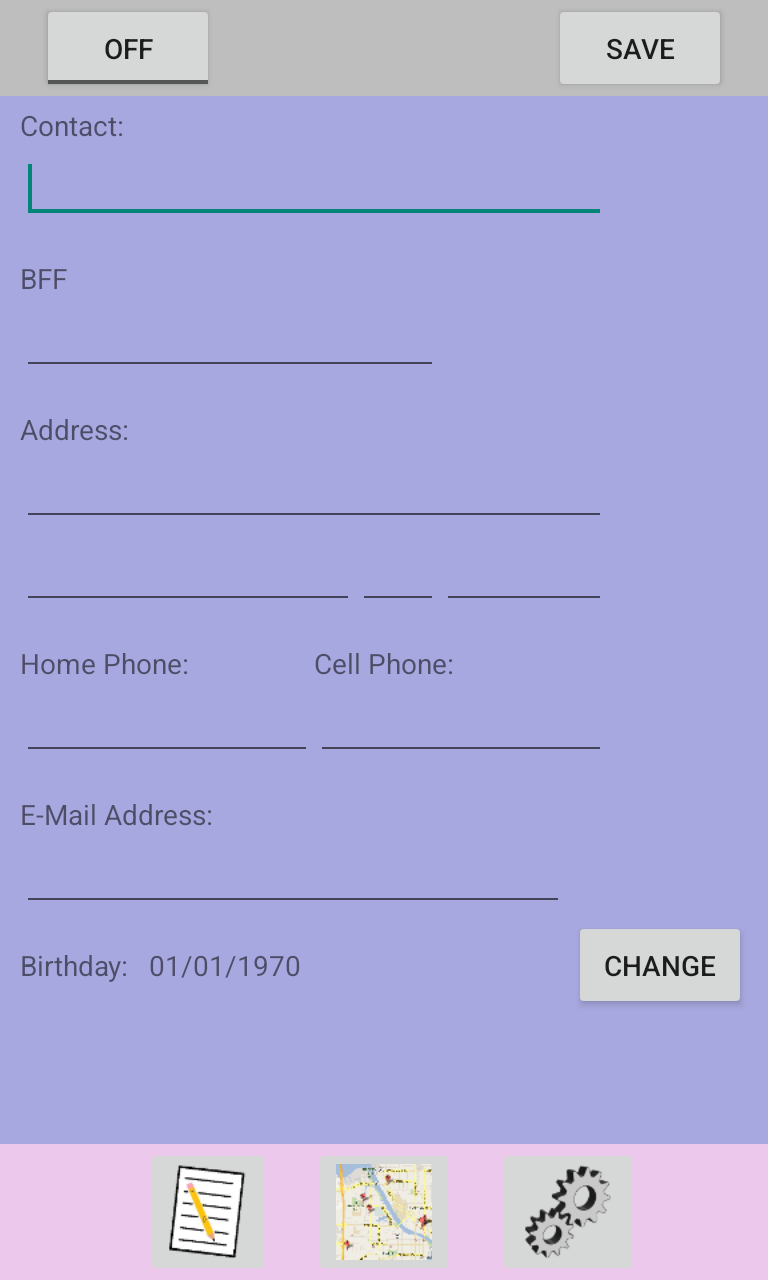
Repository: jcbrons/BronsonExercisesCH5
Layout: MyContactList/res/layout/activity_contact.xml
The author's editor kept a copy of each file at every save. The layout is drawn from the files as they stood at one save, then again after the next save.
It is drawn on a 768 x 1280 px phone screen (xhdpi) without system bars, with theme AppTheme; the app's code is not run.

Above is the layout before, as saved 2014-06-08 21:32:15.

### MyContactList/res/layout/activity_contact.xml
<RelativeLayout xmlns:android="http://schemas.android.com/apk/res/android"
    xmlns:tools="http://schemas.android.com/tools"
    android:layout_width="match_parent"
    android:layout_height="match_parent"
    tools:context=".ContactActivity">


   <LinearLayout
       android:focusable="true"
		android:focusableInTouchMode="true"
		android:layout_width="0px"
		android:layout_height="0px"/>

    <RelativeLayout
        android:id="@+id/navbar"
        android:background="@color/pink_background"
        android:layout_width="fill_parent"
        android:layout_height="wrap_content"
        android:layout_alignParentBottom="true">

        <ImageButton
            android:id="@+id/imageButtonList"
            android:layout_width="wrap_content"
            android:layout_height="wrap_content"
            android:layout_centerVertical="true"
            android:layout_toLeftOf="@+id/imageButtonMap"
            android:layout_marginRight="20dp"
            android:src="@drawable/contactlisticon" />

        <ImageButton
            android:id="@+id/imageButtonMap"
            android:layout_width="wrap_content"
            android:layout_height="wrap_content"
            android:layout_centerVertical="true"
            android:layout_centerHorizontal="true"
            android:layout_toRightOf="@+id/imageButton1"
            android:src="@drawable/mapicon" />

        <ImageButton
            android:id="@+id/imageButtonSettings"
            android:layout_width="wrap_content"
            android:layout_height="wrap_content"
            android:layout_centerVertical="true"
            android:layout_marginLeft="20dp"
            android:layout_toRightOf="@+id/imageButtonMap"
            android:src="@drawable/settingsicon" />

    </RelativeLayout>

    <RelativeLayout
        android:id="@+id/toolbar"
        android:background="@color/toolbar_background"
        android:layout_width="match_parent"
        android:layout_height="wrap_content"
        android:layout_alignParentLeft="true"
        android:layout_alignParentTop="true"
        >

        <ToggleButton
            android:id="@+id/toggleButtonEdit"
            android:layout_width="wrap_content"
            android:layout_height="wrap_content"
            android:layout_alignParentLeft="true"
            android:layout_marginLeft="20dp"
            android:text="ToggleButton" />

        <Button
            android:id="@+id/buttonSave"
            android:layout_width="wrap_content"
            android:layout_height="wrap_content"
            android:layout_alignParentRight="true"
            android:layout_marginRight="20dp"
            android:text="Save" />

    </RelativeLayout>

    <ScrollView
        android:id="@+id/scrollView1"
        android:layout_width="match_parent"
        android:layout_height="wrap_content"
        android:layout_alignParentLeft="true"
        android:layout_below="@+id/toolbar"
        android:layout_above="@+id/navbar"
        android:background="@color/dataEntry_background">

        <RelativeLayout
            android:layout_width="match_parent"
            android:layout_height="match_parent"

           >

            <TextView
                android:id="@+id/textContact"
                android:layout_width="wrap_content"
                android:layout_height="wrap_content"
                android:text="Contact:"
                android:textAppearance="?android:attr/textAppearanceSmall"
                android:layout_alignParentLeft="true"
        		android:layout_alignParentTop="true"
        		android:layout_marginLeft="10dp"
        		android:layout_marginTop="5dp"/>

            <EditText android:id="@+id/editName"
                android:layout_width="wrap_content"
                android:layout_height="wrap_content"
                android:layout_alignParentLeft="true"
                android:layout_marginLeft="10dp"
                android:layout_below="@+id/textContact"
                android:ems="14"
                android:imeOptions="actionNext"
                android:inputType="textCapWords">

                <requestFocus/>
            </EditText>

            <TextView android:id="@+id/textBFF"
                android:layout_width="wrap_content"
                android:layout_height="wrap_content"
                android:layout_alignLeft="@+id/editBFF"
                android:layout_below="@+id/editName"
                android:layout_marginTop="16dp"
                android:text="BFF"
                android:textAppearance="?android:attr/textAppearanceSmall" />

            <TextView
                android:id="@+id/textAddress"
                android:layout_width="wrap_content"
                android:layout_height="wrap_content"
                android:layout_alignParentLeft="true"
                android:layout_below="@+id/editBFF"
        		android:layout_marginLeft="10dp"
        		android:layout_marginTop="15dp"
        		android:text="Address:"
        		android:textAppearance="?android:attr/textAppearanceSmall"/>

            <EditText android:id="@+id/editAddress"
                android:layout_width="wrap_content"
                android:layout_height="wrap_content"
                android:layout_alignParentLeft="true"
                android:layout_marginLeft="10dp"
                android:layout_below="@+id/textAddress"
                android:ems="14"
                android:imeOptions="actionNext"
                android:inputType="textCapWords">
            </EditText>

        <EditText android:id="@+id/editCity"
                android:layout_width="wrap_content"
                android:layout_height="wrap_content"
                android:layout_alignParentLeft="true"
                android:layout_marginLeft="10dp"
                android:layout_below="@+id/editAddress"
                android:ems="8"
                android:imeOptions="actionNext"
                android:nextFocusDown="@+id/editState"
                android:inputType="textCapWords">
            </EditText>

        <EditText android:id="@+id/editState"
                android:layout_width="wrap_content"
                android:layout_height="wrap_content"
                android:ems="2"
                android:layout_toRightOf="@+id/editCity"
                android:layout_alignBottom="@+id/editCity"
                android:maxLength="2"
                android:imeOptions="actionNext"
                android:nextFocusDown="@+id/editZipCode"
                android:inputType="textCapCharacters">
            </EditText>

        <EditText android:id="@+id/editZipcode"
                android:layout_width="wrap_content"
                android:layout_height="wrap_content"
                android:ems="4"
                android:layout_toRightOf="@+id/editState"
                android:layout_alignBottom="@+id/editState"
                android:maxLength="5"
                android:imeOptions="actionNext"
                android:nextFocusDown="@+id/editHome"
                android:inputType="numberSigned">
            </EditText>






        <TextView
                android:id="@+id/textHome"
                android:layout_width="wrap_content"
                android:layout_height="wrap_content"
                android:text="Home Phone:"
                android:layout_alignParentLeft="true"
        		android:layout_marginLeft="10dp"
        		android:layout_marginTop="15dp"
        		android:layout_below="@+id/editCity"
        		/>

            <EditText android:id="@+id/editHome"
                android:layout_width="wrap_content"
                android:layout_height="wrap_content"
                android:layout_alignParentLeft="true"
                android:layout_marginLeft="10dp"
                android:layout_below="@+id/textHome"
                android:ems="7"
                android:maxLength="14"
                android:imeOptions="actionNext"
                android:nextFocusDown="@+id/editCell"
                android:inputType="phone">

            </EditText>

            <TextView
                android:id="@+id/textCell"
                android:layout_width="wrap_content"
                android:layout_height="wrap_content"
                android:text="Cell Phone:"
                android:layout_alignBottom="@+id/textHome"
                android:layout_alignLeft="@+id/editCell"/>

            <EditText android:id="@+id/editCell"
                android:layout_width="wrap_content"
                android:layout_height="wrap_content"
                android:layout_alignBottom="@+id/editHome"
                android:layout_toRightOf="@+id/editHome"
                android:ems="7"
                android:maxLength="14"
                android:imeOptions="actionNext"
                android:nextFocusDown="@+id/editEMail"
                android:inputType="phone">

            </EditText>


            <TextView
                android:id="@+id/textEMail"
                android:layout_width="wrap_content"
                android:layout_height="wrap_content"
                android:text="E-Mail Address:"
                android:layout_alignParentLeft="true"
                android:layout_marginLeft="10dp"
                android:layout_marginTop="15dp"
                android:layout_below="@+id/editHome"
                />

            <EditText android:id="@+id/editEMail"
                android:layout_width="wrap_content"
                android:layout_height="wrap_content"
                android:layout_alignParentLeft="true"
                android:layout_marginLeft="10dp"
                android:layout_below="@+id/textEMail"
                android:ems="13"
                android:inputType="textEmailAddress">

            </EditText>


            <TextView
                android:id="@+id/textBday"
                android:layout_width="wrap_content"
                android:layout_height="wrap_content"
                android:text="Birthday:"
                android:layout_alignParentLeft="true"
                android:layout_marginLeft="10dp"
                android:layout_marginTop="15dp"
                android:layout_below="@+id/editEMail"
                android:paddingBottom="25dp"
                />

            <TextView
                android:id="@+id/textBirthday"
                android:layout_width="wrap_content"
                android:layout_height="wrap_content"
                android:text="01/01/1970"
                android:layout_marginLeft="10dp"
                android:layout_toRightOf="@+id/textBday"
                android:layout_alignBottom="@+id/textBday"
                android:paddingBottom="25dp"
                />

            <Button
                android:id="@+id/btnBirthday"
                android:text="Change"
                android:layout_width="wrap_content"
                android:layout_height="wrap_content"
                android:layout_alignParentRight="true"
                android:layout_marginRight="10dp"
                android:layout_alignBaseline="@+id/textBirthday" />

            <EditText
                android:id="@+id/editBFF"
                android:layout_width="wrap_content"
                android:layout_height="wrap_content"
                android:layout_alignLeft="@+id/textAddress"
                android:layout_below="@+id/textBFF"
                android:ems="10"
                android:inputType="number" />

        </RelativeLayout>
    </ScrollView>

</RelativeLayout>

### MyContactList/res/values/color.xml
<?xml version="1.0" encoding="utf-8"?>
<resources>
    <color name="navbar_background">#1a1a48</color>
    <color name="toolbar_background">#bebebe</color>
    <color name="dataEntry_background">#a8a8e0</color>
    <color name="pink_background">#Ecc8ec</color>
    <color name="yellow_background">#f4f776</color>

</resources>

Loaded but not shown: MyContactList/res/values/styles.xml (common file); MyContactList/res/values-v11/styles.xml (common file); MyContactList/res/values-v14/styles.xml (common file)

After the next save:
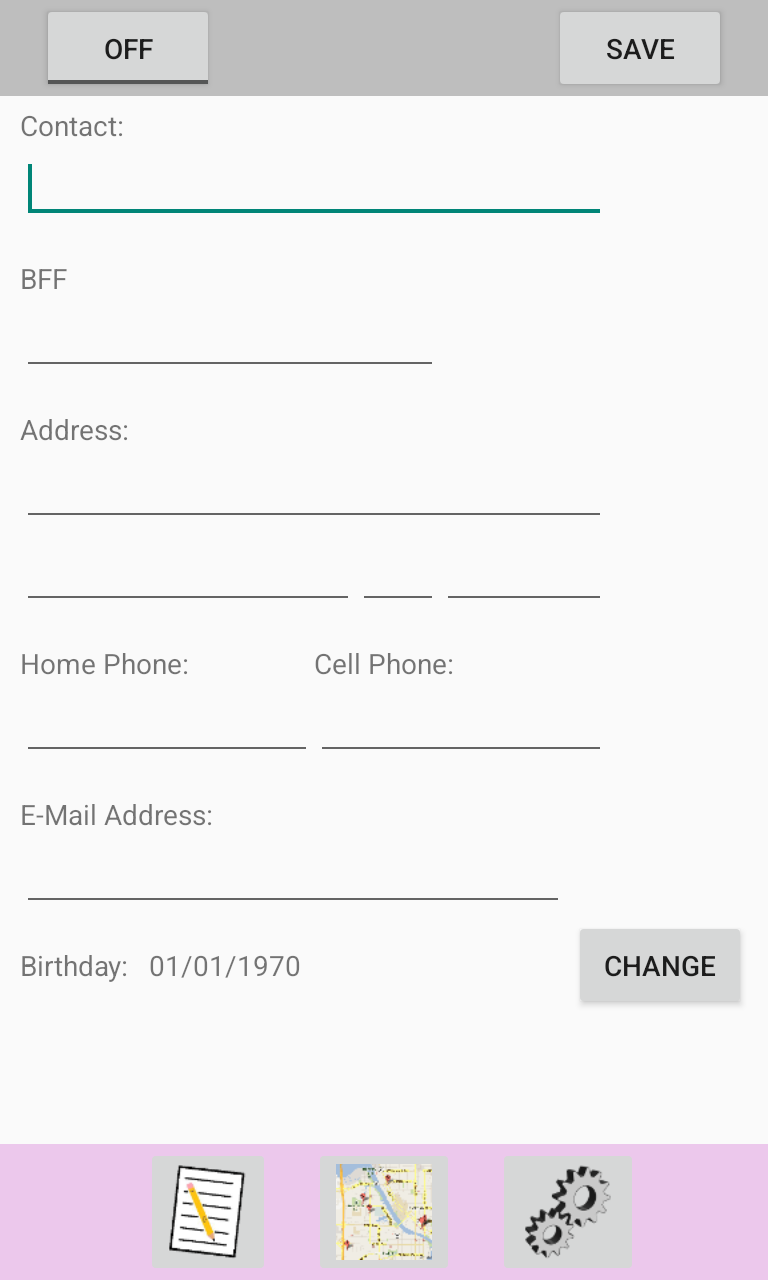
Saved 92 s later.
--- a/MyContactList/res/layout/activity_contact.xml
+++ b/MyContactList/res/layout/activity_contact.xml
@@ -81,7 +81,7 @@
         android:layout_alignParentLeft="true"
         android:layout_below="@+id/toolbar"
         android:layout_above="@+id/navbar"
-        android:background="@color/dataEntry_background">
+        >
 
         <RelativeLayout
             android:layout_width="match_parent"

After the save that followed:
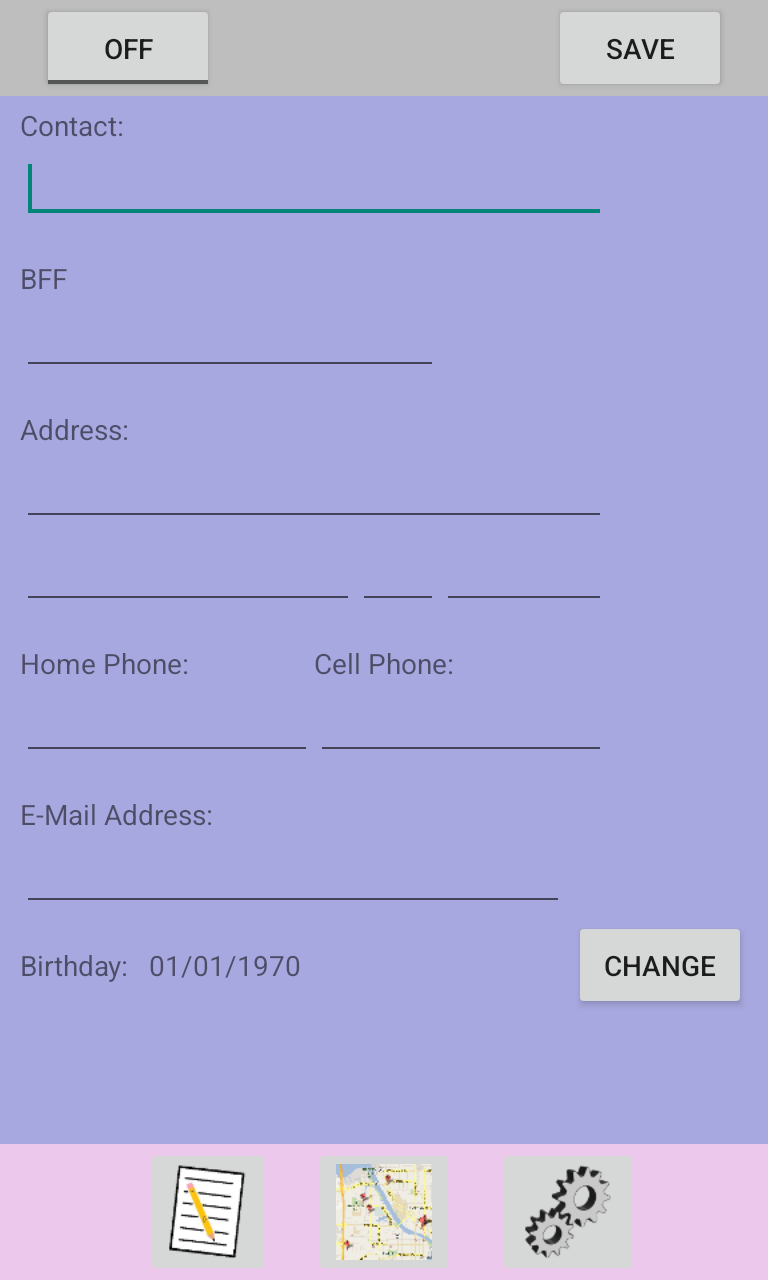
Saved 8 min 35 s later.
--- a/MyContactList/res/layout/activity_contact.xml
+++ b/MyContactList/res/layout/activity_contact.xml
@@ -81,7 +81,7 @@
         android:layout_alignParentLeft="true"
         android:layout_below="@+id/toolbar"
         android:layout_above="@+id/navbar"
-        >
+        android:background="@color/dataEntry_background">
 
         <RelativeLayout
             android:layout_width="match_parent"
